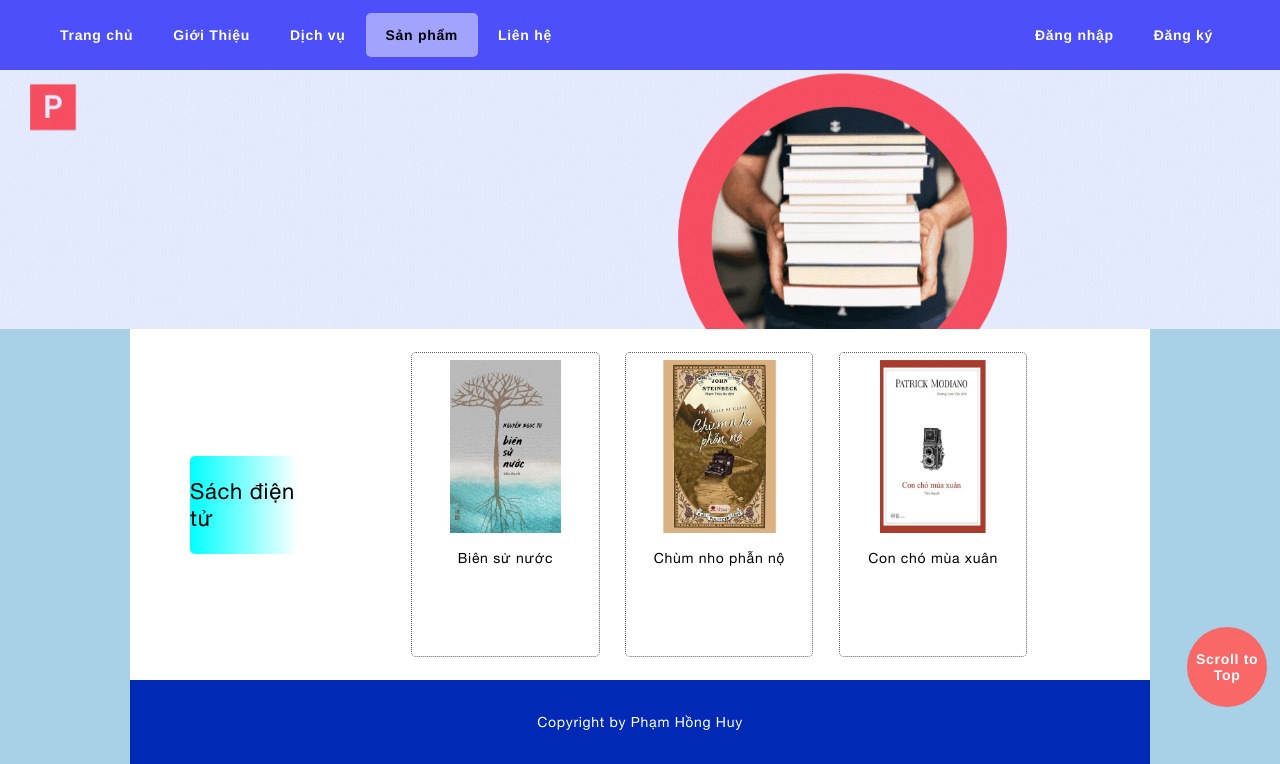
Repository: phamhonghuy/bookstore
Page: product.html
These files come from the project's save history. The page is drawn as it stood at one moment and after the next save; the edit follows.
The browser window is 1280 px wide. The pictures show the whole page.

Above is the page before, as saved 2021-10-14 23:16:45.

### product.html
<!DOCTYPE html>
<html lang="en">
<head>
    <meta charset="UTF-8">
    <title> Bookshop: Buy books online. Support local bookstores.</title>
    <link rel="stylesheet" href="css/style.css" type="text/css" />
    <link rel="shortcut icon" href="./image/Logo.png" />
</head>


<div class="navbar">
  <ul>
    <li><a href="./index.html">Trang chủ</a></li>
    <li><a href="./about.html">Giới Thiệu</a>
          <ul class="GT">
            <li><a href="#">Chính sách</a></li>
            <li><a href="#">Mua hàng</a></li>
            <li><a href="#">Thanh toán</a>
            </li>
          </ul>
    </li>
    <li><a href="./services.html">Dịch vụ</a>
        <ul class="GT">
        <li><a href="#">Đọc Online</a></li>
        <li><a href="#">Tư liệu</a></li>
        </li>
        </ul>
    </li>
    <li><a class="active" href="./product.html">Sản phẩm</a>
        <ul class="GT">
        <li><a href="#">Sách trong nước</a></li>
        <li><a href="#">Sách nước ngoài</a></li>
        <li><a href="#">Sách số</a>
        </li>
        </ul>
    </li>
    <li><a href="./contact.html">Liên hệ</a></li>
  </ul>
  <div class ="login">
      <ul>
        <li><a href="./login.html">Đăng nhập</a></li>
        <li><a href="./signup.html"> Đăng ký</a></li>
      </ul>
  </div>
</div>
  <div class="header">
    <h1></h1>

  </div>


  <div class="row">
  <div class="main-product-container">
    <div class="product-title"><p class="ebook-title-text">Sách điện tử</p></div>
    <div class="product-item">
      <div class="item">
        <a href="./item1.html"> <img src="./image/book1.jpg" alt="item1"></a>
        <p>Biên sử nước</p>
        <form>
          <button name="buy_button" type="submit" onclick="alert('Đã thêm vào giỏ hàng.')" value="1">Đọc ngay</button>
        </form>
      </div>
      <div class="item">
        <a href="./item2.html"> <img src="./image/book2.jpg" alt="item1"></a>
        <p>Chùm nho phẫn nộ</p>
        <form>
          <button name="buy_button" type="submit" onclick="alert('Đã thêm vào giỏ hàng.')" value="1">Đọc ngay</button>
        </form>
      </div>
      <div class="item">
        <a href="./item3.html"> <img src="./image/book3.jpg" alt="item1"></a>

        <p>Con chó mùa xuân</p>
        <form>
          <button name="buy_button" type="submit" onclick="alert('Đã thêm vào giỏ hàng.')" value="1">Đọc ngay</button>
        </form>
      </div>
    </div>
    <button onclick='window.scrollTo({top: 0, behavior: "smooth"});' class="scrollTotop">Scroll to Top</button>

  </div>

  <div class="footer">
    <p>Copyright by Phạm Hồng Huy</p>
  </div>

</html>

### css/style.css
html {
  scroll-behavior: smooth;
}
* {
    box-sizing: border-box;
    font-family: Helvetica;
    letter-spacing: 0.7px;
    font-size: 14px;
  }
  @font-face {
    font-family:Helvetica;
    src: url(/font/helveticaneue.ttf);
}


body {
    font-family:inherit;
    margin: auto;
    font-size: 1em;
    min-width: 1200px;
    background-color: #A8D0E6;

  }

.header {
    text-align: center;
    height: 25vmax;
    background: #42c9ff;
    color: white;
    background-image: url(../image/Banner.gif);
    background-repeat: no-repeat;
    background-size:cover;
    min-width: 900px;
    width: 100%;
  }

.navbar {
    display: flex;
    background-color: rgb(76, 79, 250);
    position:fixed;
    top: 0;
    width: 100%;
    height: 70px;
    align-items: center;
    z-index: 5;
  }
.navbar .active {
    background-color: rgb(161, 163, 255);
    color:#000;
    border-radius: 5px;
  }
.navbar div.login {
    display: flex;
    background-color: rgb(76, 79, 250);
    position:fixed;
    width: 300px;
    align-items: center;
    float: right;
    right: 5px;
  }

.navbar ul li a {
    color: white;
    padding: 14px 20px;
    text-decoration: none;
    text-align: center;
    font-weight: bold

  }
.navbar ul li ul li a {
    color: white;
    text-decoration: none;
    text-align: center;

  }
.navbar ul {
  display: flex;
  list-style-type: none;
  }

.navbar ul li:hover> ul {
  display: flex;
  visibility: visible;
  position: absolute;
  z-index: 3;
  overflow: hidden;
  animation: menuNar_Hover 0.5s;
  }
  @keyframes menuNar_Hover {
    from {background-color: #cfdef6; opacity: 0%;height: 0px;}
    to {background-color: #8fa5ff; opacity: 100%; height:150px;}
  }
.navbar ul a:hover {
    background:#c0cdff;
    color: #000;
    border-radius: 5px;
    animation-name: Navbar_Hover;
    animation-duration: 1.5s;

  }

  @keyframes Navbar_Hover {
    from {background-color: rgb(76, 79, 250);}
    to {background-color: #c0cdff;}
  }
  .navbar ul a:active {
    background-color: #c0cdff;
    color: #000;
    border-radius: 5px;

  }


.navbar ul li ul {
  display: flex;
  visibility: hidden;
  position: absolute;
  background:#8fa5ff;
  color: white;
  display: flex;
  flex-direction: column;
  top:60px;
  border-radius: 5px;
  list-style-type: none;
  padding-inline-start: 0px;
  height: 150px;
  margin:-5px auto;
  }

.navbar ul li ul li{
  margin: 15px;
  border-radius: 5px;
  }


.row {
    display: flex;
    flex-wrap: wrap;
    /* width: 90vmax; */
    margin: 0 130px 0;
    min-width: 900px;
  }

.side {
    flex: 30%;
    background-color: #f1f1f1;
    padding: 20px 0;
    z-index: 2;

  }
.side ul {
  list-style-type:none;
  width: 253px;
  }
.side li {
  list-style-type:none;
  }
.side li:hover> ul {
  opacity: 1;
  visibility: visible;
  animation: menuSide_Hover 0.5s linear;
  width: 230px;

  }
.side li:hover {
  background-color: #8fa5ff;
  animation-name: Side_Hover;
  animation-duration: 1.5s;
}

@keyframes menuSide_Hover {
  from {background-color: #cfdef6; opacity: 0%;width: 150px; }
  50% {width: 200px !important;}
  to {background-color: #8fa5ff; opacity: 100%; width: 230px;}
}
@keyframes Side_Hover {
  from {background-color: #cfdef6; color:#000;}
  to {background-color: #8fa5ff; color: #fff;}
}


.side ul li {
    padding: 10px;
    border-radius: 5px;
  }

.side ul ul {
  list-style-type:none;
  opacity: 0;
  visibility: hidden;
  position: absolute;
  left: 378px;
  margin: -26px 0 0 5px;
  padding-inline-start: 0;
  border-radius: 5px;
  overflow: hidden;
  text-overflow: ellipsis;
  }
.side ul ul li {
  background-color: #8fa5ff;
  margin:0;
  overflow: hidden;
  text-overflow: ellipsis;
  border-radius: 0%;
  }
.side ul ul li a {
  color: rgb(255, 255, 255);
  margin: 0;
  overflow: hidden;
  text-overflow: ellipsis;
  }

.side a {
  color: black;
  padding: 5px;
  }
.side a:link {
  text-decoration: none;
  }

.side ul {
    padding: 10px auto;
  }
.side ul li {
    padding: 10px auto;
    margin: 10px auto;
  }

.main {
    flex: 70%;
    display: flex;
    flex-direction: row;
    background-color: white;
    padding: 10px;
    flex-wrap: wrap;
  }
div.main-services {
    width: 100%;
    display: flex;
    flex-direction: column;
    background-color: white;
    padding: 10px;
    flex-wrap:nowrap;
  }
div.main-product-container {
    width: 100%;
    display: flex;
    flex-direction: row;
    background-color: white;
    padding: 10px;
    flex-wrap:nowrap;
  }
div.main-product-container div.product-item {
  width: 100%;
  display: flex;
  flex-direction: row;
  background-color: white;
  padding: 0 100px;
  flex-wrap:nowrap;

  }
  div.main-product-container div.product-title {
    width: 1;
    border-radius: 5px;
    margin-top: auto;
    margin-bottom: auto;
    margin-left: 50px;
    background-image: linear-gradient(to right, aqua,white);
  }
  div.main-product-container div.product-title p {
    font-size: 22px;
    background-color: transparent aqua white;
  }
div.main-services div.ebook {
    width: 100%;
    display: flex;
    flex-direction: row;
    background-color: white;
    padding: 0 100px;
    flex-wrap:nowrap;
  }
div.main-services div.ebook-title {
    width: 90%;
    display: flex;
    flex-direction: row;
    background-color: rgb(21, 76, 255);
    margin-left: auto;
    margin-right: auto;
    border-radius: 5px;
  }
div.main-services div.ebook-title p.ebook-title-text{
  color: white;
  margin: 14px;
  font-size: 18px;
  font-weight: bold;
  }
div.main-services div.literary-material-item {
    width: 100%;
    display: flex;
    flex-direction: row;
    background-color: white;
    padding: 0 100px;
    flex-wrap:nowrap;
  }
div.main-services div.literary-material-title {
  width: 90%;
  display: flex;
  flex-direction: row;
  background-color: rgb(21, 76, 255);
  margin-left: auto;
  margin-right: auto;
  border-radius: 5px;
  }
div.main-services div.literary-material-title p {
  color: white;
  margin: 14px;
  font-size: 18px;
  font-weight: bold;
  }
div.main-services div.literary-material img {
  width:70%;
  }
div.main-about {
    display: flex;
    flex-direction: row;
    background-color: white;
    padding: 30px;
    flex-wrap: wrap;

  }
div.main-about div.about span {
  margin-left:30px;
  text-align: justify;
  }
div.main-about div.about div.img-about {
  text-align: center;
  }
div.main-about div.about div.img-about img.img-about {
  width:80%;
  margin-left:40px;
  margin-right:40px;
  }
div.item {
    flex: 25%;
    border: 1px dotted rgb(93, 91, 91);
    border-radius: 5px;
    margin: 1vmax;
    padding:0.5vmax;
    text-align: center;
    font-size: 1em;
    display: block;
    position: relative;
  }
div.item-details {
    flex: 25%;
    /* border: 1px dotted rgb(93, 91, 91); */
    border-radius: 5px;
    margin: 1vmax;
    padding:0.5vmax;
    text-align: center;
    font-size: 1em;
    display: block;
    position: relative;
  }
div.item:hover {
  animation: Box-item-transform 0.5s;
  box-shadow: 5px 5px #808080;
  }
div.item-details:hover {
  animation: Box-item-details-transform 0.5s;
  }
  @keyframes Box-item-transform{
    from {  transform:scale(1);}
    50% {transform:scale(1.05);}
    to {  transform:scale(1);
      box-shadow: 5px 5px #808080 ; }

  }
  @keyframes Box-item-details-transform{
    from {  transform:scale(1);}
    50% {transform:scale(1.05);}
    to {  transform:scale(1);; }

  }
div.item:hover > form button {
  animation: Item_Hover 0.5s;
  visibility:visible;
  }
div.item-details:hover > form button {
  animation: Item_Hover 0.5s;
  visibility:visible;
  }
  @keyframes Item_Hover {
    from { color:#000; height: 0; transform: translateY(100%)}
    to { height: 70px;transform: translateY(0)}
  }

div.item form button  {
  height: 70px;
  width: 99%;
  background-color: rgb(245, 232, 190);
  visibility: hidden;
  color:#f00;
  font-size: large;
  font-weight: bold;
  border:none ;
  }
div.item-details form button  {
  height: 70px;
  width: 99%;
  background-color: rgb(245, 232, 190);
  visibility: hidden;
  color:#f00;
  font-size: large;
  font-weight: bold;
  border:none ;
  }

div.item img {
    width: 100%;
  }
div.item-details img {
    width: 100%;
  }
.block-gia {
  margin: 10px auto;
}
.gia-ban {
    color: #ff0000;
}
.gia-cu {
  font-size: 13px;
  color: #808080;
}


button.scrollTotop{
  position: fixed;
  right: 1vmax;
  bottom: 1vmax;
  height: 80px;
  width: 80px;
  border-radius: 50%;
  border:none;
  background-color: rgb(250, 103, 103);
  color:white;
  font-weight: bold;

}

div.details {
  width: 50%;
}
div.details p.book-name {
  text-align: center;
  font-size: large;
  font-weight: bold;
}
div.details p.book-author {
  text-align: center;
}
div.details div.book-description {
  height: 600px;
}
div.details p.book-description {
  text-indent: 30px;
  text-align: justify;
  margin-right: 20px;
}

div.star {
width: 100%;
height: 15px;
display: flex;
justify-content: center;

}

.ratingStar {
  width: 15px;
  height: 15px;
  float: left;
  background-repeat: no-repeat;
  background-image: url(../image/star.png);
  font-size: 0;
  background-size: 15px;
}
.more-item {
  flex: 70%;
  display: flex;
  flex-direction: row;
  background-color: white;
  padding: 10px;
  flex-wrap: wrap;
}
#more-item {
  width:100% ;
  font-weight: bold;
}
div.main button.scrollTotop:hover {
animation:scrolltotop 1s ;
transition: width 0.5ss;
animation-direction: reverse;
}
@-webkit-keyframes scrolltotop {
  from{ background :rgb(250, 103, 103); }
  to  {background :rgb(95, 175, 250);  box-shadow: 5px 5px #808080;}
}
.footer {
  color: white;
    padding: 20px;
    text-align: center;
    background: rgb(0, 42, 182);
    width: 100%;
}

  @media screen and (max-width: 700px) {
    .row, .navbar {
      flex-direction: column;
    }
  }

After the next save:
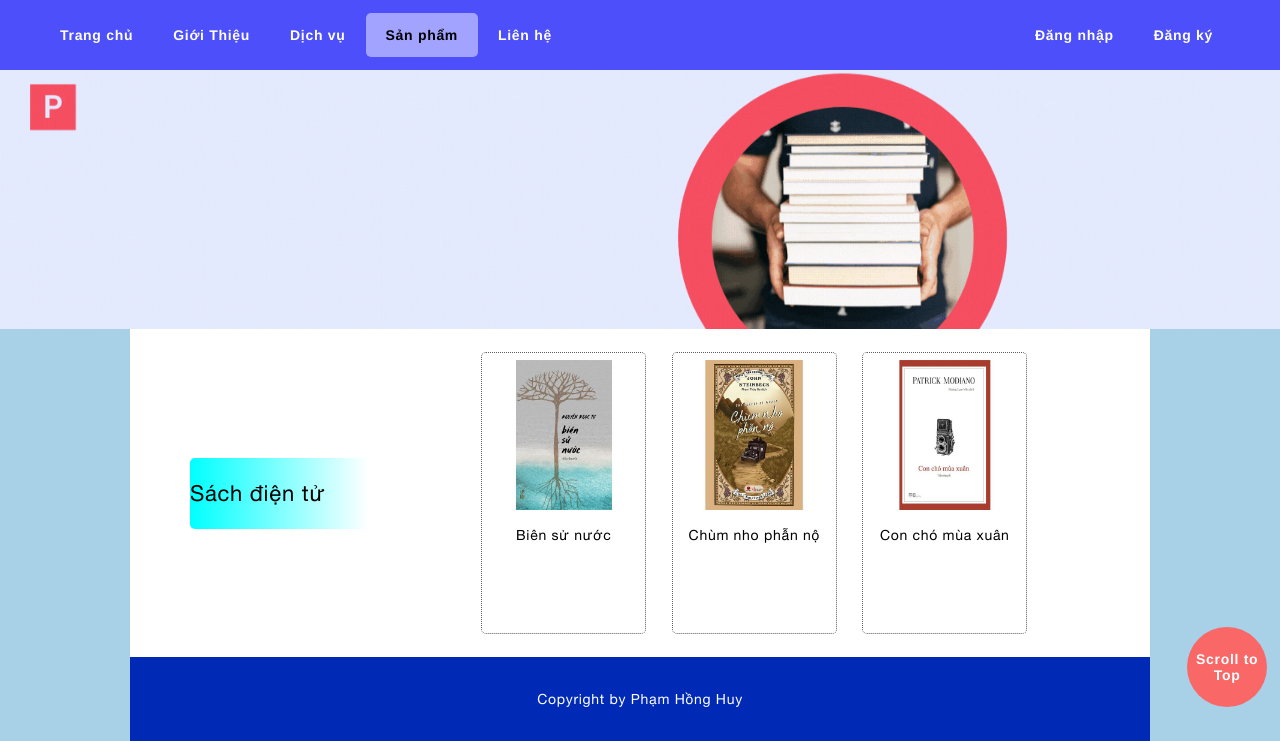
Saved 5 s later.
--- a/css/style.css
+++ b/css/style.css
@@ -260,7 +260,7 @@ div.main-product-container div.product-item {
 
   }
   div.main-product-container div.product-title {
-    width: 1;
+    width: 25%;
     border-radius: 5px;
     margin-top: auto;
     margin-bottom: auto;
